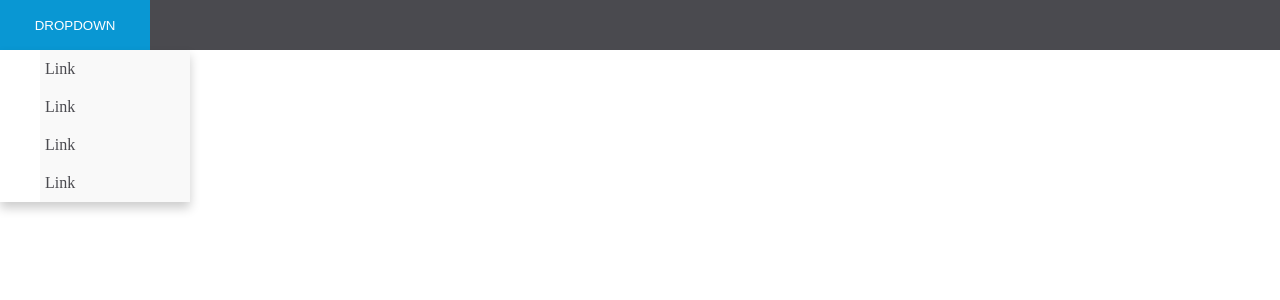
Repository: Scuzeme/pure_css_dropdown
Page: index.html
The author's editor kept a record of every edit. The page is drawn from the files as they stood at one moment, then again after the next edit.
The browser window is 1280 px wide. The pictures show the whole page.

Above is the page before.

### index.html
<!DOCTYPE html>
<html lang="en">
<head>
    <meta charset="UTF-8">
    <meta name="viewport" content="width=device-width, initial-scale=1.0">
    <meta http-equiv="X-UA-Compatible" content="ie=edge">
    <link rel="stylesheet" href="main.css" type="text/css" />
    <title>Document</title>
</head>
<body>
    <nav class="navDefault">
        <button>Dropdown</button>
        <ul class="dropdownMenu">
            <li class="dropdownItem"><a href="#" class="dropdownLink">Link</a></li>
            <li class="dropdownItem"><a href="#" class="dropdownLink">Link</a></li>
            <li class="dropdownItem"><a href="#" class="dropdownLink">Link</a></li>
            <li class="dropdownItem"><a href="#" class="dropdownLink">Link</a></li>
        </ul>
    </nav>

</body>
</html>

### main.css
.navDefault {
    position: fixed;
    top:0;
    left:0;
    right: 0;
    background-color: #4a4a4f;
}

button {
    border:none;
    background-color: #0997d3;
    width: 150px;
    height:50px;
    color:#fff;
    text-transform: uppercase;
    cursor:pointer;
}

.dropdownMenu{
    list-style: none;
    margin:0;
    position:absolute;
    left:0;
    right:0;
    top:50px;
    width:150px;
    box-shadow: 0px 6px 10px 0px rgba(0,0,0,0.2);
}

.dropdownLink{
    text-decoration: none;
    display:block;
    background-color: #f9f9f9;
    color:#4a4a4f;
    padding:10px 5px;
}

.dropdownLink:hover{
    color:#fff;
    background-color: #4a4a4f;
}

After the next edit:
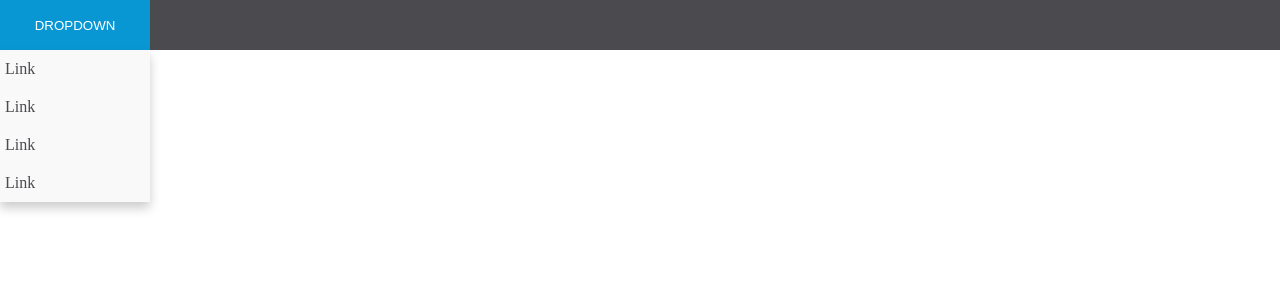
The edit:
--- a/main.css
+++ b/main.css
@@ -19,6 +19,7 @@
 .dropdownMenu{
     list-style: none;
     margin:0;
+    padding:0;
     position:absolute;
     left:0;
     right:0;
